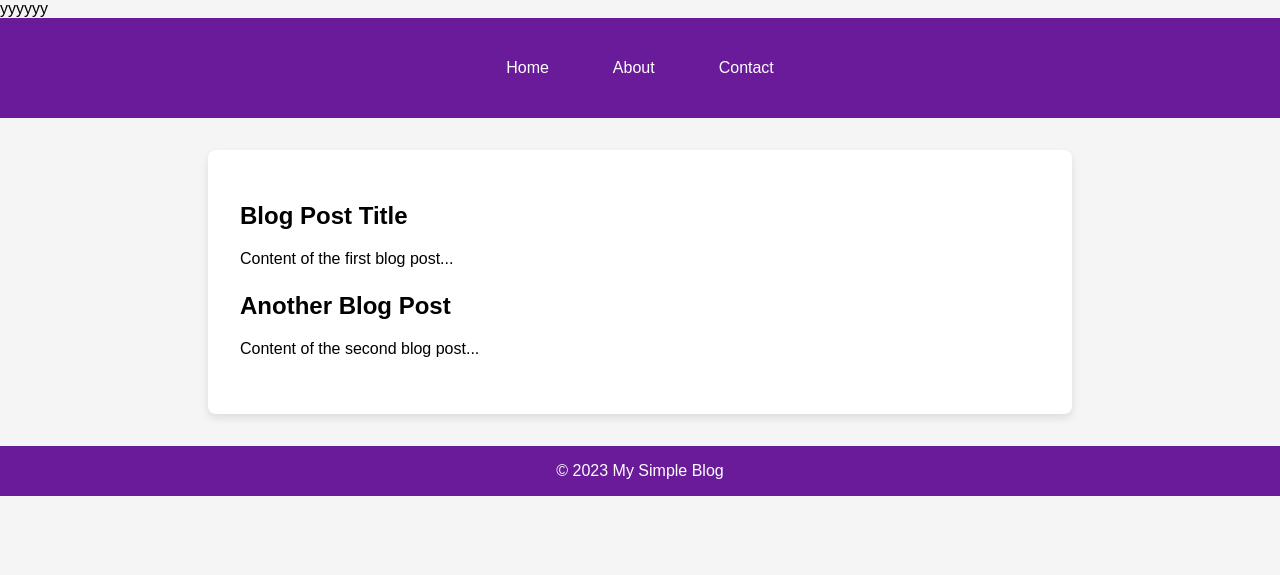
Repository: Femi007-gh/BLOG
Page: index.html
These files come from the project's save history. The page is drawn as it stood at one moment and after a run of saves; the edit follows.
The browser window is 1280 px wide. The pictures show the whole page.

Above is the page before, as saved 2025-01-08 09:00:22.

After the next 5 saves:
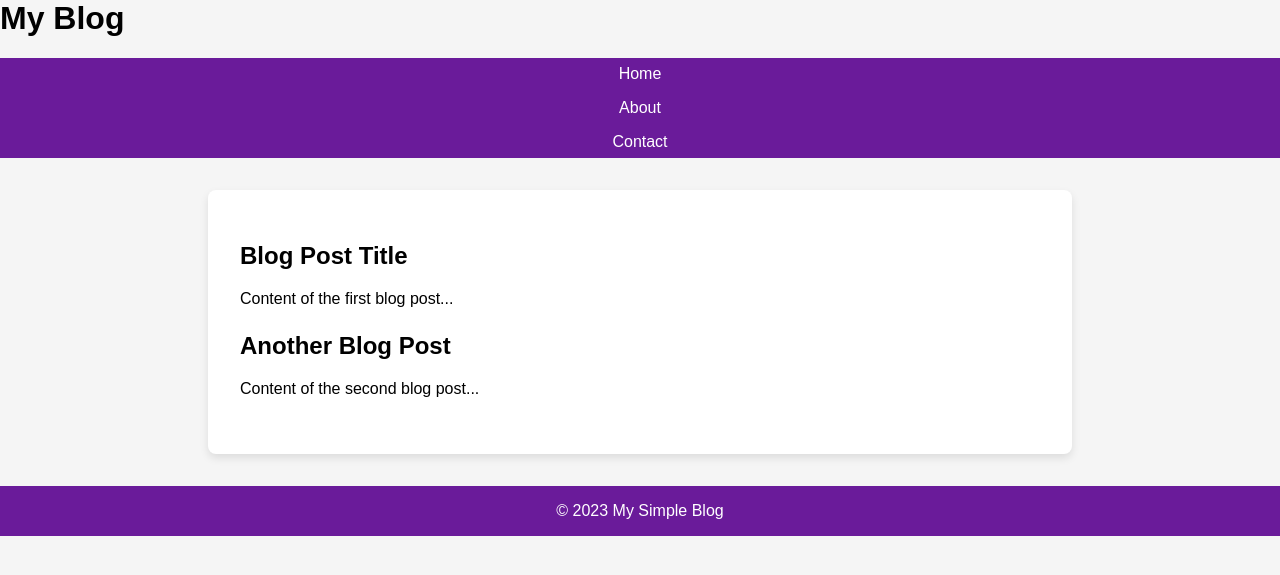
The 5 saves are shown as one change because they came seconds apart.
The last was saved 12 s later.
--- a/index.html
+++ b/index.html
@@ -1,94 +1,29 @@
-yyyyyy
-  <!DOCTYPE html>
-  <html lang="en">
-  <head>
-    <meta charset="UTF-8">
-    <meta name="viewport" content="width=device-width, initial-scale=1.0">
-    <title>My Blog</title>
-    <style>
-      body {
-        margin: 0;
-        font-family: Arial, sans-serif;
-        background-color: #f5f5f5;
-      }
-
-      nav {
-        background-color: #6a1b9a;
-        height: 100px;
-        display: flex;
-        flex-direction: column;
-        justify-content: center;
-        align-items: center;
-        color: white;
-      }
-
-      ul {
-        list-style: none;
-        margin: 0;
-        padding: 0;
-        display: flex;
-        justify-content: center;
-      }
-
-      li {
-        margin: 0 1rem;
-      }
-
-      a {
-        color: white;
-        text-decoration: none;
-        font-family: Arial, sans-serif;
-        padding: 0.5rem 1rem;
-        display: block;
-      }
-
-      a:hover {
-        background-color: #4a148c;
-        border-radius: 4px;
-      }
-
-      .container {
-        margin: 2rem auto;
-        max-width: 800px;
-        background-color: white;
-        border-radius: 8px;
-        padding: 2rem;
-        box-shadow: 0 4px 8px rgba(0, 0, 0, 0.1);
-      }
-
-      .blog-post {
-        margin-bottom: 1.5rem;
-      }
-
-      footer {
-        background-color: #6a1b9a;
-        color: white;
-        text-align: center;
-        padding: 1rem 0;
-        margin-top: 2rem;
-      }
-    </style>
-  </head>
-  <body>
-    <nav>
-      <ul>
-        <li><a href="#home">Home</a></li>
-        <li><a href="#about">About</a></li>
-        <li><a href="#contact">Contact</a></li>
-      </ul>
-    </nav>
-    <div class="container">
-      <div class="blog-post">
-        <h2>Blog Post Title</h2>
-        <p>Content of the first blog post...</p>
-      </div>
-      <div class="blog-post">
-        <h2>Another Blog Post</h2>
-        <p>Content of the second blog post...</p>
-      </div>
+<html>
+<head>
+  <title>My Blog</title>
+  <link rel="stylesheet" href="style.css">
+</head>
+<body>
+  <header>
+    <h1>My Blog</h1>
+  </header>
+  <nav>
+    <a href="#">Home</a>
+    <a href="#">About</a>
+    <a href="#">Contact</a>
+  </nav>
+  <div class="container">
+    <div class="blog-post">
+      <h2>Blog Post Title</h2>
+      <p>Content of the first blog post...</p>
     </div>
-    <footer>
-      &copy; 2023 My Simple Blog
-    </footer>
-  </body>
-  </html>
+    <div class="blog-post">
+      <h2>Another Blog Post</h2>
+      <p>Content of the second blog post...</p>
+    </div>
+  </div>
+  <footer>
+    &copy; 2023 My Simple Blog
+  </footer>
+</body>
+</html>

After the 2 saves that followed:
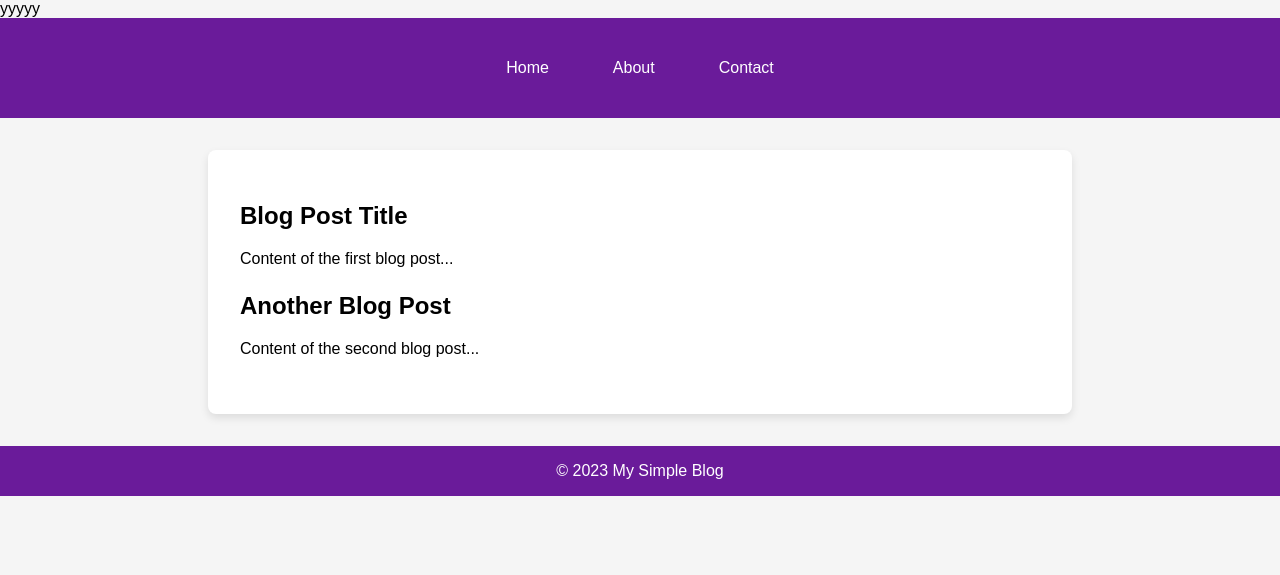
The 2 saves are shown as one change because they came seconds apart.
The last was saved 6 s later.
--- a/index.html
+++ b/index.html
@@ -1,29 +1,94 @@
-<html>
-<head>
-  <title>My Blog</title>
-  <link rel="stylesheet" href="style.css">
-</head>
-<body>
-  <header>
-    <h1>My Blog</h1>
-  </header>
-  <nav>
-    <a href="#">Home</a>
-    <a href="#">About</a>
-    <a href="#">Contact</a>
-  </nav>
-  <div class="container">
-    <div class="blog-post">
-      <h2>Blog Post Title</h2>
-      <p>Content of the first blog post...</p>
+yyyyy
+  <!DOCTYPE html>
+  <html lang="en">
+  <head>
+    <meta charset="UTF-8">
+    <meta name="viewport" content="width=device-width, initial-scale=1.0">
+    <title>My Blog</title>
+    <style>
+      body {
+        margin: 0;
+        font-family: Arial, sans-serif;
+        background-color: #f5f5f5;
+      }
+
+      nav {
+        background-color: #6a1b9a;
+        height: 100px;
+        display: flex;
+        flex-direction: column;
+        justify-content: center;
+        align-items: center;
+        color: white;
+      }
+
+      ul {
+        list-style: none;
+        margin: 0;
+        padding: 0;
+        display: flex;
+        justify-content: center;
+      }
+
+      li {
+        margin: 0 1rem;
+      }
+
+      a {
+        color: white;
+        text-decoration: none;
+        font-family: Arial, sans-serif;
+        padding: 0.5rem 1rem;
+        display: block;
+      }
+
+      a:hover {
+        background-color: #4a148c;
+        border-radius: 4px;
+      }
+
+      .container {
+        margin: 2rem auto;
+        max-width: 800px;
+        background-color: white;
+        border-radius: 8px;
+        padding: 2rem;
+        box-shadow: 0 4px 8px rgba(0, 0, 0, 0.1);
+      }
+
+      .blog-post {
+        margin-bottom: 1.5rem;
+      }
+
+      footer {
+        background-color: #6a1b9a;
+        color: white;
+        text-align: center;
+        padding: 1rem 0;
+        margin-top: 2rem;
+      }
+    </style>
+  </head>
+  <body>
+    <nav>
+      <ul>
+        <li><a href="#home">Home</a></li>
+        <li><a href="#about">About</a></li>
+        <li><a href="#contact">Contact</a></li>
+      </ul>
+    </nav>
+    <div class="container">
+      <div class="blog-post">
+        <h2>Blog Post Title</h2>
+        <p>Content of the first blog post...</p>
+      </div>
+      <div class="blog-post">
+        <h2>Another Blog Post</h2>
+        <p>Content of the second blog post...</p>
+      </div>
     </div>
-    <div class="blog-post">
-      <h2>Another Blog Post</h2>
-      <p>Content of the second blog post...</p>
-    </div>
-  </div>
-  <footer>
-    &copy; 2023 My Simple Blog
-  </footer>
-</body>
-</html>
+    <footer>
+      &copy; 2023 My Simple Blog
+    </footer>
+  </body>
+  </html>
